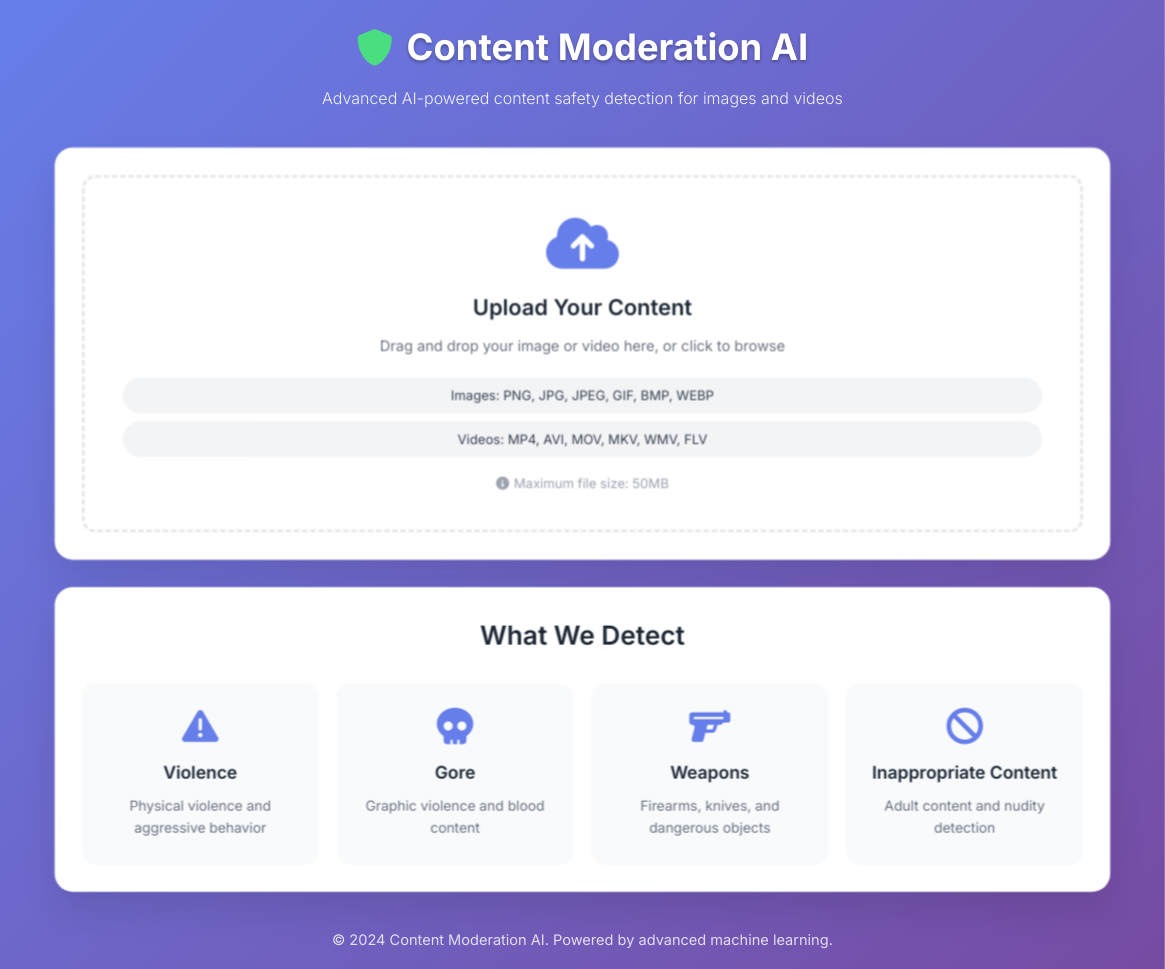
Repository: RagulBalajee/aicontentmod
Page: content-moderation-frontend/index.html
The author's editor kept a copy of each file at every save. The page is drawn from the files as they stood at one save, then again after the next save.
The browser window is 1280 px wide. The pictures show the whole page, at 91% of full size.

Above is the page before, as saved 2025-06-17 10:28:47.
Console error: TypeError: Cannot read properties of null (reading 'addEventListener')

### content-moderation-frontend/index.html
<!DOCTYPE html>
<html lang="en">
<head>
    <meta charset="UTF-8">
    <meta name="viewport" content="width=device-width, initial-scale=1.0">
    <title>AI Content Moderation - Safe Content Detection</title>
    <link rel="stylesheet" href="styles.css">
    <link href="https://cdnjs.cloudflare.com/ajax/libs/font-awesome/6.0.0/css/all.min.css" rel="stylesheet">
    <link href="https://fonts.googleapis.com/css2?family=Inter:wght@300;400;500;600;700&display=swap" rel="stylesheet">
</head>
<body>
    <div class="container">
        <header class="header">
            <div class="logo">
                <i class="fas fa-shield-alt"></i>
                <h1>Content Moderation AI</h1>
            </div>
            <p class="subtitle">Advanced AI-powered content safety detection for images and videos</p>
        </header>

        <main class="main-content">
            <div class="upload-section">
                <div class="upload-area" id="uploadArea">
                    <div class="upload-content">
                        <i class="fas fa-cloud-upload-alt upload-icon"></i>
                        <h3>Upload Your Content</h3>
                        <p>Drag and drop your image or video here, or click to browse</p>
                        <div class="file-types">
                            <span class="file-type">Images: PNG, JPG, JPEG, GIF, BMP, WEBP</span>
                            <span class="file-type">Videos: MP4, AVI, MOV, MKV, WMV, FLV</span>
                        </div>
                        <div class="file-size-limit">
                            <i class="fas fa-info-circle"></i>
                            Maximum file size: 50MB
                        </div>
                    </div>
                    <input type="file" id="fileInput" accept="image/*,video/*" style="display: none;">
                </div>

                <div class="upload-progress" id="uploadProgress" style="display: none;">
                    <div class="progress-bar">
                        <div class="progress-fill" id="progressFill"></div>
                    </div>
                    <p class="progress-text" id="progressText">Analyzing content...</p>
                </div>
            </div>

            <div class="results-section" id="resultsSection" style="display: none;">
                <div class="result-card" id="resultCard">
                    <div class="result-header">
                        <div class="result-icon" id="resultIcon">
                            <i class="fas fa-check-circle"></i>
                        </div>
                        <div class="result-title">
                            <h2 id="resultTitle">Content Analysis Complete</h2>
                            <p id="resultSubtitle">Your content has been analyzed for safety</p>
                        </div>
                    </div>

                    <div class="result-details" id="resultDetails">
                        <div class="detail-item">
                            <span class="detail-label">Status:</span>
                            <span class="detail-value" id="statusValue">Safe</span>
                        </div>
                        <div class="detail-item" id="reasonItem" style="display: none;">
                            <span class="detail-label">Reason:</span>
                            <span class="detail-value" id="reasonValue">-</span>
                        </div>
                        <div class="detail-item" id="confidenceItem" style="display: none;">
                            <span class="detail-label">Confidence:</span>
                            <span class="detail-value" id="confidenceValue">-</span>
                        </div>
                        <div class="detail-item" id="fileTypeItem" style="display: none;">
                            <span class="detail-label">File Type:</span>
                            <span class="detail-value" id="fileTypeValue">-</span>
                        </div>
                        <div class="detail-item" id="framesItem" style="display: none;">
                            <span class="detail-label">Frames Analyzed:</span>
                            <span class="detail-value" id="framesValue">-</span>
                        </div>
                    </div>

                    <div class="result-actions">
                        <button onclick="resetForm()" class="btn btn-secondary">Analyze Another File</button>
                    </div>
                </div>
            </div>

            <div class="features-section">
                <h3>What We Detect</h3>
                <div class="features-grid">
                    <div class="feature-card">
                        <i class="fas fa-exclamation-triangle"></i>
                        <h4>Violence</h4>
                        <p>Physical violence and aggressive behavior</p>
                    </div>
                    <div class="feature-card">
                        <i class="fas fa-skull"></i>
                        <h4>Gore</h4>
                        <p>Graphic violence and blood content</p>
                    </div>
                    <div class="feature-card">
                        <i class="fas fa-gun"></i>
                        <h4>Weapons</h4>
                        <p>Firearms, knives, and dangerous objects</p>
                    </div>
                    <div class="feature-card">
                        <i class="fas fa-ban"></i>
                        <h4>Inappropriate Content</h4>
                        <p>Adult content and nudity detection</p>
                    </div>
                </div>
            </div>
        </main>

        <footer class="footer">
            <p>&copy; 2024 Content Moderation AI. Powered by advanced machine learning.</p>
        </footer>
    </div>

    <script src="script.js"></script>
</body>
</html>

### content-moderation-frontend/styles.css
/* Reset and base styles */
* {
    margin: 0;
    padding: 0;
    box-sizing: border-box;
}

body {
    font-family: 'Inter', -apple-system, BlinkMacSystemFont, 'Segoe UI', Roboto, sans-serif;
    background: linear-gradient(135deg, #667eea 0%, #764ba2 100%);
    min-height: 100vh;
    color: #333;
    line-height: 1.6;
}

.container {
    max-width: 1200px;
    margin: 0 auto;
    padding: 20px;
    min-height: 100vh;
    display: flex;
    flex-direction: column;
}

/* Header styles */
.header {
    text-align: center;
    margin-bottom: 40px;
    color: white;
}

.logo {
    display: flex;
    align-items: center;
    justify-content: center;
    gap: 15px;
    margin-bottom: 10px;
}

.logo i {
    font-size: 2.5rem;
    color: #4ade80;
}

.logo h1 {
    font-size: 2.5rem;
    font-weight: 700;
    text-shadow: 0 2px 4px rgba(0,0,0,0.3);
}

.subtitle {
    font-size: 1.1rem;
    opacity: 0.9;
    font-weight: 300;
}

/* Main content */
.main-content {
    flex: 1;
    display: flex;
    flex-direction: column;
    gap: 30px;
}

/* Upload section */
.upload-section {
    background: white;
    border-radius: 20px;
    padding: 30px;
    box-shadow: 0 20px 40px rgba(0,0,0,0.1);
    backdrop-filter: blur(10px);
}

.upload-area {
    border: 3px dashed #e5e7eb;
    border-radius: 15px;
    padding: 40px;
    text-align: center;
    cursor: pointer;
    transition: all 0.3s ease;
    position: relative;
    overflow: hidden;
}

.upload-area:hover {
    border-color: #667eea;
    background: #f8fafc;
    transform: translateY(-2px);
}

.upload-area.dragover {
    border-color: #4ade80;
    background: #f0fdf4;
    transform: scale(1.02);
}

.upload-content {
    pointer-events: none;
}

.upload-icon {
    font-size: 4rem;
    color: #667eea;
    margin-bottom: 20px;
    transition: transform 0.3s ease;
}

.upload-area:hover .upload-icon {
    transform: scale(1.1);
}

.upload-area h3 {
    font-size: 1.5rem;
    font-weight: 600;
    margin-bottom: 10px;
    color: #1f2937;
}

.upload-area p {
    color: #6b7280;
    margin-bottom: 20px;
}

.file-types {
    display: flex;
    flex-direction: column;
    gap: 5px;
    margin-bottom: 15px;
}

.file-type {
    background: #f3f4f6;
    padding: 8px 16px;
    border-radius: 20px;
    font-size: 0.9rem;
    color: #374151;
    display: inline-block;
    margin: 2px;
}

.file-size-limit {
    color: #9ca3af;
    font-size: 0.9rem;
    display: flex;
    align-items: center;
    justify-content: center;
    gap: 5px;
}

/* Progress bar */
.upload-progress {
    text-align: center;
    padding: 20px;
}

.progress-bar {
    width: 100%;
    height: 8px;
    background: #e5e7eb;
    border-radius: 10px;
    overflow: hidden;
    margin-bottom: 15px;
}

.progress-fill {
    height: 100%;
    background: linear-gradient(90deg, #4ade80, #22c55e);
    border-radius: 10px;
    width: 0%;
    transition: width 0.3s ease;
    animation: pulse 2s infinite;
}

@keyframes pulse {
    0%, 100% { opacity: 1; }
    50% { opacity: 0.7; }
}

.progress-text {
    color: #6b7280;
    font-weight: 500;
}

/* Results section */
.results-section {
    background: white;
    border-radius: 20px;
    padding: 30px;
    box-shadow: 0 20px 40px rgba(0,0,0,0.1);
    backdrop-filter: blur(10px);
}

.result-card {
    text-align: center;
}

.result-header {
    display: flex;
    align-items: center;
    justify-content: center;
    gap: 20px;
    margin-bottom: 30px;
}

.result-icon {
    font-size: 3rem;
    border-radius: 50%;
    width: 80px;
    height: 80px;
    display: flex;
    align-items: center;
    justify-content: center;
    animation: bounceIn 0.6s ease;
}

.result-icon.safe {
    background: #dcfce7;
    color: #16a34a;
}

.result-icon.unsafe {
    background: #fef2f2;
    color: #dc2626;
}

@keyframes bounceIn {
    0% { transform: scale(0.3); opacity: 0; }
    50% { transform: scale(1.05); }
    70% { transform: scale(0.9); }
    100% { transform: scale(1); opacity: 1; }
}

.result-title h2 {
    font-size: 1.8rem;
    font-weight: 600;
    margin-bottom: 5px;
    color: #1f2937;
}

.result-title p {
    color: #6b7280;
}

.result-details {
    display: grid;
    grid-template-columns: repeat(auto-fit, minmax(250px, 1fr));
    gap: 20px;
    margin-top: 20px;
}

.detail-item {
    background: #f9fafb;
    padding: 15px 20px;
    border-radius: 12px;
    display: flex;
    justify-content: space-between;
    align-items: center;
    border-left: 4px solid #667eea;
}

.detail-label {
    font-weight: 500;
    color: #374151;
}

.detail-value {
    font-weight: 600;
    color: #1f2937;
}

.detail-value.safe {
    color: #16a34a;
}

.detail-value.unsafe {
    color: #dc2626;
    font-weight: 600;
}

/* Features section */
.features-section {
    background: white;
    border-radius: 20px;
    padding: 30px;
    box-shadow: 0 20px 40px rgba(0,0,0,0.1);
    backdrop-filter: blur(10px);
}

.features-section h3 {
    text-align: center;
    font-size: 1.8rem;
    font-weight: 600;
    margin-bottom: 30px;
    color: #1f2937;
}

.features-grid {
    display: grid;
    grid-template-columns: repeat(auto-fit, minmax(250px, 1fr));
    gap: 20px;
}

.feature-card {
    background: #f8fafc;
    padding: 25px;
    border-radius: 15px;
    text-align: center;
    transition: all 0.3s ease;
    border: 2px solid transparent;
}

.feature-card:hover {
    transform: translateY(-5px);
    box-shadow: 0 10px 25px rgba(0,0,0,0.1);
    border-color: #667eea;
}

.feature-card i {
    font-size: 2.5rem;
    color: #667eea;
    margin-bottom: 15px;
}

.feature-card h4 {
    font-size: 1.2rem;
    font-weight: 600;
    margin-bottom: 10px;
    color: #1f2937;
}

.feature-card p {
    color: #6b7280;
    font-size: 0.95rem;
}

/* Footer */
.footer {
    text-align: center;
    margin-top: 40px;
    color: white;
    opacity: 0.8;
}

/* Responsive design */
@media (max-width: 768px) {
    .container {
        padding: 15px;
    }

    .logo h1 {
        font-size: 2rem;
    }

    .upload-area {
        padding: 30px 20px;
    }

    .upload-icon {
        font-size: 3rem;
    }

    .result-header {
        flex-direction: column;
        text-align: center;
    }

    .result-details {
        grid-template-columns: 1fr;
    }

    .features-grid {
        grid-template-columns: 1fr;
    }
}

@media (max-width: 480px) {
    .logo {
        flex-direction: column;
        gap: 10px;
    }

    .upload-area {
        padding: 20px 15px;
    }

    .file-types {
        flex-direction: column;
    }
}

/* Loading animation */
.loading {
    animation: spin 1s linear infinite;
}

@keyframes spin {
    0% { transform: rotate(0deg); }
    100% { transform: rotate(360deg); }
}

/* Success/Error animations */
.fade-in {
    animation: fadeIn 0.5s ease-in;
}

@keyframes fadeIn {
    from { opacity: 0; transform: translateY(20px); }
    to { opacity: 1; transform: translateY(0); }
}

/* Button styles */
.btn {
    background: linear-gradient(135deg, #667eea 0%, #764ba2 100%);
    color: white;
    border: none;
    padding: 12px 24px;
    border-radius: 10px;
    font-weight: 500;
    cursor: pointer;
    transition: all 0.3s ease;
    text-decoration: none;
    display: inline-block;
}

.btn:hover {
    transform: translateY(-2px);
    box-shadow: 0 10px 20px rgba(102, 126, 234, 0.3);
}

.btn:active {
    transform: translateY(0);
}

.result-actions {
    margin-top: 30px;
    text-align: center;
}

.btn-secondary {
    background: linear-gradient(135deg, #6b7280, #4b5563);
}

.btn:hover {
    transform: translateY(-2px);
    box-shadow: 0 10px 20px rgba(0,0,0,0.2);
}

.btn:active {
    transform: translateY(0);
}

### content-moderation-frontend/script.js
// Configuration - Update this for deployment
const API_URL = 'http://localhost:5001';

// DOM elements
const dropZone = document.getElementById('uploadArea');
const fileInput = document.getElementById('fileInput');
const uploadBtn = document.getElementById('uploadBtn');
const resultDiv = document.getElementById('resultsSection');
const loadingDiv = document.getElementById('uploadProgress');
const progressBar = document.getElementById('progressFill');

// Event listeners
dropZone.addEventListener('dragover', handleDragOver);
dropZone.addEventListener('drop', handleDrop);
dropZone.addEventListener('click', () => fileInput.click());
fileInput.addEventListener('change', handleFileSelect);
uploadBtn.addEventListener('click', handleUpload);

function handleDragOver(e) {
    e.preventDefault();
    dropZone.classList.add('drag-over');
}

function handleDrop(e) {
    e.preventDefault();
    console.log('File dropped:', e.dataTransfer.files); // Debug log
    dropZone.classList.remove('drag-over');
    const files = e.dataTransfer.files;
    if (files.length > 0) {
        fileInput.files = files;
        console.log('Files assigned to input:', fileInput.files); // Debug log
        handleFileSelect();
    }
}

function handleFileSelect() {
    const file = fileInput.files[0];
    console.log('File selected:', file); // Debug log
    if (file) {
        console.log('File details:', {
            name: file.name,
            size: file.size,
            type: file.type
        }); // Debug log
        // Show file info and start upload immediately
        showLoading();
        handleUpload();
    }
}

async function handleUpload() {
    const file = fileInput.files[0];
    console.log('Starting upload for file:', file); // Debug log
    if (!file) {
        showError('Please select a file first');
        return;
    }

    // Check file size (50MB limit)
    if (file.size > 50 * 1024 * 1024) {
        showError('File too large. Maximum size is 50MB');
        return;
    }

    // Check file type
    const allowedTypes = [
        'image/jpeg', 'image/jpg', 'image/png', 'image/gif', 'image/bmp', 'image/webp',
        'video/mp4', 'video/avi', 'video/mov', 'video/mkv', 'video/wmv', 'video/flv'
    ];

    console.log('File type:', file.type, 'Allowed types:', allowedTypes); // Debug log

    if (!allowedTypes.includes(file.type)) {
        showError('Unsupported file format. Please upload images (PNG, JPG, JPEG, GIF, BMP, WEBP) or videos (MP4, AVI, MOV, MKV, WMV, FLV)');
        return;
    }

    // Show loading
    showLoading();

    try {
        const formData = new FormData();
        formData.append('file', file);
        console.log('FormData created, sending to:', `${API_URL}/upload`); // Debug log

        const response = await fetch(`${API_URL}/upload`, {
            method: 'POST',
            body: formData
        });

        console.log('Response received:', response.status, response.statusText); // Debug log

        if (!response.ok) {
            throw new Error(`HTTP error! status: ${response.status}`);
        }

        const result = await response.json();
        console.log('Result received:', result); // Debug log
        showResult(result);

    } catch (error) {
        console.error('Upload error:', error);
        showError(`Upload failed: ${error.message}. Please check if the backend server is running.`);
    } finally {
        hideLoading();
    }
}

function showLoading() {
    loadingDiv.style.display = 'block';
    dropZone.style.display = 'none';
}

function hideLoading() {
    loadingDiv.style.display = 'none';
    dropZone.style.display = 'block';
}

function showResult(result) {
    resultDiv.style.display = 'block';

    if (result.error) {
        showError(result.error);
        return;
    }

    const statusIcon = document.getElementById('resultIcon');
    const resultTitle = document.getElementById('resultTitle');
    const resultSubtitle = document.getElementById('resultSubtitle');
    const statusValue = document.getElementById('statusValue');
    const reasonItem = document.getElementById('reasonItem');
    const reasonValue = document.getElementById('reasonValue');
    const confidenceItem = document.getElementById('confidenceItem');
    const confidenceValue = document.getElementById('confidenceValue');
    const fileTypeItem = document.getElementById('fileTypeItem');
    const fileTypeValue = document.getElementById('fileTypeValue');
    const framesItem = document.getElementById('framesItem');
    const framesValue = document.getElementById('framesValue');

    // Update status
    if (result.status === 'safe') {
        statusIcon.innerHTML = '<i class="fas fa-check-circle"></i>';
        statusIcon.className = 'result-icon safe';
        resultTitle.textContent = 'Content is Safe';
        resultSubtitle.textContent = 'No inappropriate content detected';
        statusValue.textContent = 'Safe';
        statusValue.className = 'detail-value safe';
    } else {
        statusIcon.innerHTML = '<i class="fas fa-exclamation-triangle"></i>';
        statusIcon.className = 'result-icon unsafe';
        resultTitle.textContent = 'Content is Unsafe';
        resultSubtitle.textContent = 'Inappropriate content detected';
        statusValue.textContent = 'Unsafe';
        statusValue.className = 'detail-value unsafe';
    }

    // Show/hide and update details
    if (result.reason) {
        reasonItem.style.display = 'flex';
        reasonValue.textContent = result.reason;
    } else {
        reasonItem.style.display = 'none';
    }

    if (result.confidence) {
        confidenceItem.style.display = 'flex';
        confidenceValue.textContent = result.confidence;
    } else {
        confidenceItem.style.display = 'none';
    }

    if (result.file_type) {
        fileTypeItem.style.display = 'flex';
        fileTypeValue.textContent = result.file_type;
    } else {
        fileTypeItem.style.display = 'none';
    }

    if (result.frames_analyzed || result.frame_analyzed) {
        framesItem.style.display = 'flex';
        framesValue.textContent = result.frames_analyzed || result.frame_analyzed;
    } else {
        framesItem.style.display = 'none';
    }
}

function showError(message) {
    resultDiv.style.display = 'block';

    const statusIcon = document.getElementById('resultIcon');
    const resultTitle = document.getElementById('resultTitle');
    const resultSubtitle = document.getElementById('resultSubtitle');
    const statusValue = document.getElementById('statusValue');

    statusIcon.innerHTML = '<i class="fas fa-times-circle"></i>';
    statusIcon.className = 'result-icon error';
    resultTitle.textContent = 'Error';
    resultSubtitle.textContent = message;
    statusValue.textContent = 'Error';
    statusValue.className = 'detail-value error';
}

function resetForm() {
    fileInput.value = '';
    resultDiv.style.display = 'none';
    dropZone.style.display = 'block';
    dropZone.classList.remove('drag-over');
}

// Add some visual feedback for drag and drop
dropZone.addEventListener('dragenter', (e) => {
    e.preventDefault();
    dropZone.classList.add('drag-over');
});

dropZone.addEventListener('dragleave', (e) => {
    e.preventDefault();
    if (!dropZone.contains(e.relatedTarget)) {
        dropZone.classList.remove('drag-over');
    }
});

// Auto-hide drag-over class after drop
dropZone.addEventListener('drop', () => {
    setTimeout(() => {
        dropZone.classList.remove('drag-over');
    }, 100);
});

After the next save:
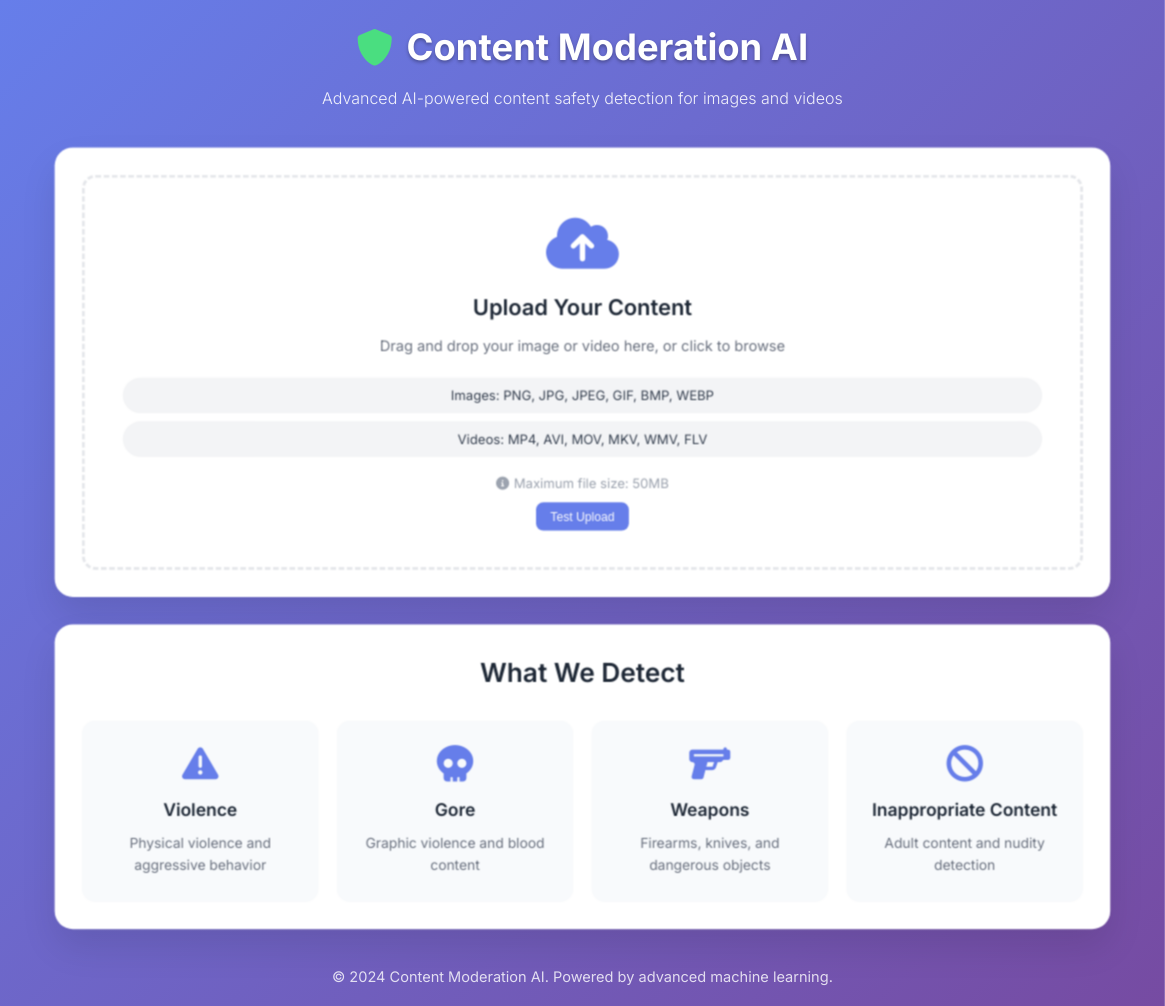
Saved 11 s later.
--- a/content-moderation-frontend/index.html
+++ b/content-moderation-frontend/index.html
@@ -33,6 +33,7 @@
                             <i class="fas fa-info-circle"></i>
                             Maximum file size: 50MB
                         </div>
+                        <button onclick="testUpload()" style="margin-top: 10px; padding: 8px 16px; background: #667eea; color: white; border: none; border-radius: 8px; cursor: pointer;">Test Upload</button>
                     </div>
                     <input type="file" id="fileInput" accept="image/*,video/*" style="display: none;">
                 </div>
